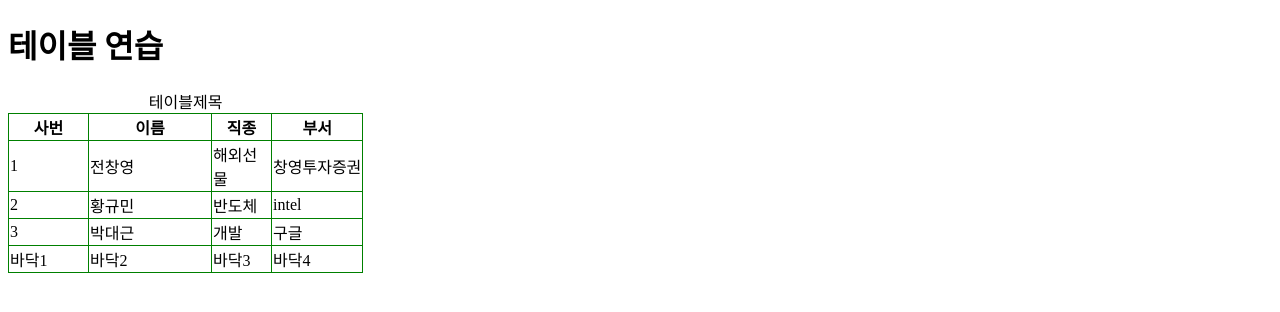
Repository: keeka2/webPractice
Page: MyStudy/HTML_Study/work/0821/WebContent/ex4_table.html
An editor plug-in stored every save of this project. The page is shown before and after the next save, followed by the edit.
The browser window is 1280 px wide. The pictures show the whole page.

Above is the page before, as saved 2020-08-21 05:24:13.

### MyStudy/HTML_Study/work/0821/WebContent/ex4_table.html
<!DOCTYPE html>
<html>
<head>
<meta charset="UTF-8">
<title>Insert title here</title>
</head>

<style>
	/*
	현재문서에서 table이라는 태그들에게  모두 적용한다.
	*/
	table{
		border-collapse: collapse;
		border: 1px;
		border-color: green;
		border-style:solid;
	}

	td,th{
		border: 1px solid green;
	}

	#name{
		width: 120px;
	}

</style>
<body>
	<h1>테이블 연습</h1>
	<div>
		<table>
			<caption>테이블제목</caption>
			<colgroup>
				<col width="80"/>
				<col width="120"/>
				<col width="60"/>
				<col width="*"/>
			</colgroup>
			<thead><!-- 테이블 머리글 -->
				<tr>
					<th>사번</th>
					<th id="name">이름</th>
					<th id="job">직종</th>
					<th>부서</th>
				</tr><!-- 행 의미 -->
			</thead>

			<tfoot><!-- 테이블 바닥글 -->
				<tr>
					<td>바닥1</td>
					<td>바닥2</td>
					<td>바닥3</td>
					<td>바닥4</td>
				</tr>
			</tfoot>

			<tbody>
				<tr>
					<td>1</td>
					<td>전창영</td>
					<td>해외선물</td>
					<td>창영투자증권</td>
				</tr>
				<tr>
					<td>2</td>
					<td>황규민</td>
					<td>반도체</td>
					<td>intel</td>
				</tr>
				<tr>
					<td>3</td>
					<td>박대근</td>
					<td>개발</td>
					<td>구글</td>
				</tr>
			</tbody>
		</table>

	</div>
</body>
</html>

After the next save:
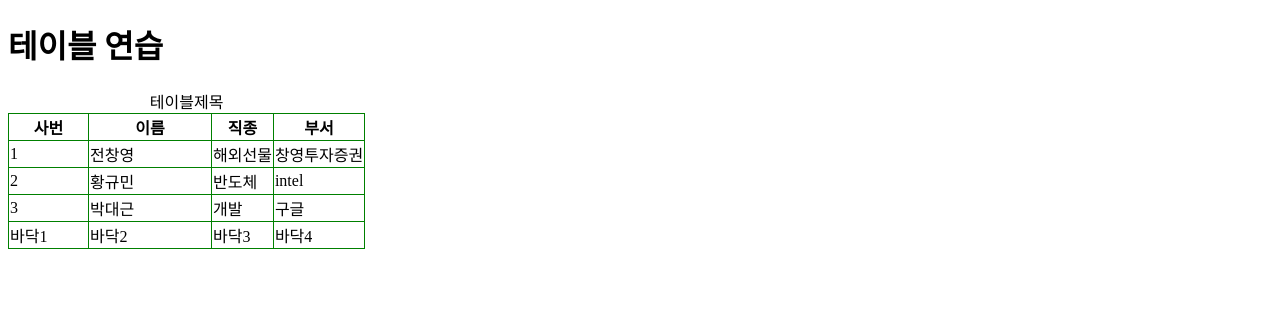
Saved 41 s later.
--- a/MyStudy/HTML_Study/work/0821/WebContent/ex4_table.html
+++ b/MyStudy/HTML_Study/work/0821/WebContent/ex4_table.html
@@ -33,7 +33,7 @@
 			<colgroup>
 				<col width="80"/>
 				<col width="120"/>
-				<col width="60"/>
+				<col width="*"/>
 				<col width="*"/>
 			</colgroup>
 			<thead><!-- 테이블 머리글 -->
